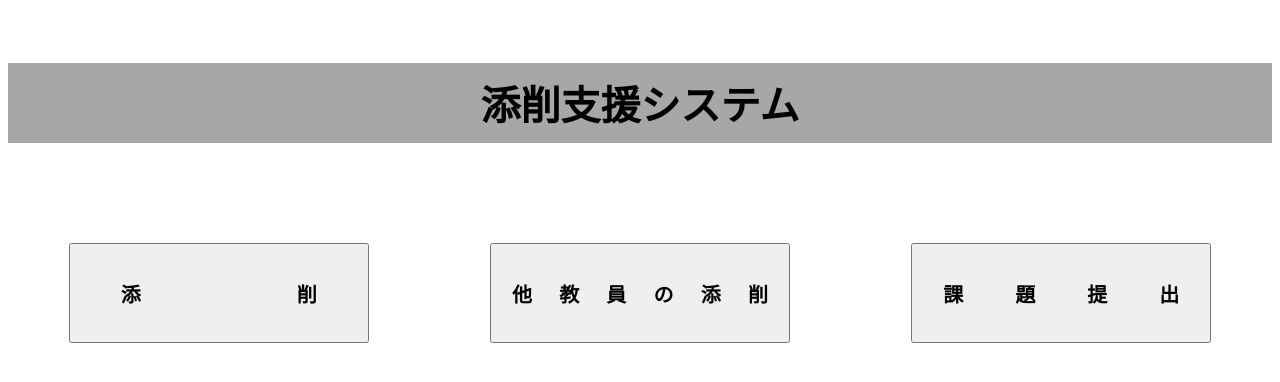
Repository: k-murakami18/canvas_v2
Page: Main.html
An editor plug-in stored every save of this project. The page is shown before and after the next save, followed by the edit.
The browser window is 1280 px wide. The pictures show the whole page.

Above is the page before, as saved 2021-01-04 20:16:25.

### Main.html
<!DOCTYPE html>
<html lang="en">

<head>
  <meta charset="UTF-8">
  <title>添削支援システム</title>
  <link rel="stylesheet" href="css/jquery-ui-1.8.16.custom.css" />
  <link rel="stylesheet" href="./style.css">
  <link rel="stylesheet" href="https://cdn.jsdelivr.net/npm/simplebar@latest/dist/simplebar.css">
  <script src="//cdnjs.cloudflare.com/ajax/libs/jspdf/1.3.3/jspdf.min.js"></script>
  <script src="js/jquery.1.6.4.min.js"></script>
  <script src="js/jquery-ui-1.8.16.custom.min.js"></script>
  <script type="text/javascript" src="./dist/fabric.js"></script>
  <script type="text/javascript" src="./dist/fabric.min.js"></script>
</head>

<body>
  <!--タイトルとファイル選択-->
  <div class="title">
    <div class="title_container">
      <div style="float: left;">
        <h1 id="title" style="display:inline;">添削支援システム</h1>
      </div>
    </div>
  </div>
  <div style="clear:left;"></div>

  <div class="btn_name">
    <button class="button" id="anno_btn" type="submit" name="name" onclick="location.href='index.html'">添削</button>
    <button class="button" id="oth_teacher_btn" type="submit" name="name"
      onclick="location.href='index.html'">他教員の添削</button>
    <button class="button" id="submit_btn" type="submit" name="name" onclick="location.href='index.html'">課題提出</button>
  </div>

</body>

</html>

### style.css
/*タイトルコンテナ*/
.title_container{
  width: 100%;
  height: 80px;
  font-size: 20px;
  display: flex;
  background-color: #A7A7A7;
  justify-content: center; /*左右中央*/
  align-items: center; /*上下中央*/
  margin-top: 5%;
  margin-bottom: 100px;
}

/*ボタンコンテナ*/
.button_container{
  width: 50px;
  height: 602px;
  background-color: #DADADA;
  margin-bottom: 5px;
  margin-right: 5px;
}

/*各ボタンの設定*/
.btn-box,.btn_box{
  display: inline-block;
  widows: 25px;
  height: 25px;
  border: 1px black solid;
  padding: 2px;
  border-radius: 5px;
}
.btn_box_black{
  display: inline-block;
  widows: 25px;
  height: 25px;
  border: 1px white solid;
  padding: 2px;
  border-radius: 5px;
}
.select{
  margin-top: 10px;
  margin-left: 9px;
}
.aaa{
  margin-top: 0px;
  margin-left: 9px;
}
.margin{
  margin-top: 10px;
  margin-left: 9px;
}

/*ボタン枠線削除*/
input:focus {
	outline:0;
}

/*キャンバス*/
canvas {
	position: relative;
	border:1px solid #000;
}

/*保存履歴コンテナ*/
.history_container{
  height: 600px;
  width: 330px;
  background-color: whitesmoke;
  border: 1px solid black;
  margin-left: 10px;
}

/*保存履歴タイトル*/
#title_tmpList{
  margin-top: 2px;
  margin-left: 10px;
  margin-bottom: 2px;
  font-weight: bolder;
  text-align: center;
}
.subtitle_tmpList{
  margin-top: 3px;
  margin-bottom: 3px;
  font-weight: bolder;
  font-size: 13px;
  text-align: center;
}

/*「保存履歴」の下線*/
.hr{
  border-bottom: 1px solid black;
  width: 93%;
  margin-left: auto;
  margin-right: auto;
}
/*「ブックマーク」「添削保存」の下線*/
.hr2{
  border-bottom: 1px solid black;
  width: 83%;
  margin-left: auto;
  margin-right: auto;
}

#bookmark_viewpanel{
  height: 539px;
  width: 100px;
  background-color: whitesmoke;
  margin-top: 5px;
}

#normal_viewpanel{
  height: 539px;
  width: 190px;
  background-color: whitesmoke;
  margin-top: 5px;
}

#bookmark_tmp{
  border-right: 1px solid black;
}

.tmpImage{
  border: 1px solid black;
  margin-left: 10px;
}

#setColor li{
  display: inline-block;
  width: 25px;
  height: 25px;
  border:1px solid #000;
}

.button{
  width: 300px;
  height: 100px;
  font-size: 20px;
  font-weight: bold;
  margin: auto;
  text-align-last: justify;
}
#anno_btn{
  padding-left: 50px;
  padding-right: 50px;
}
#oth_teacher_btn{
  padding-left: 20px;
  padding-right: 20px;
}
#submit_btn{
  padding-left: 30px;
  padding-right: 30px;
}
body .btn_name{
  display: flex;
  justify-content: center;
}

Loaded but not shown: css/jquery-ui-1.8.16.custom.css (library); js/jquery.1.6.4.min.js (library); js/jquery-ui-1.8.16.custom.min.js (library); dist/fabric.js (library); dist/fabric.min.js (library)

After the next save:
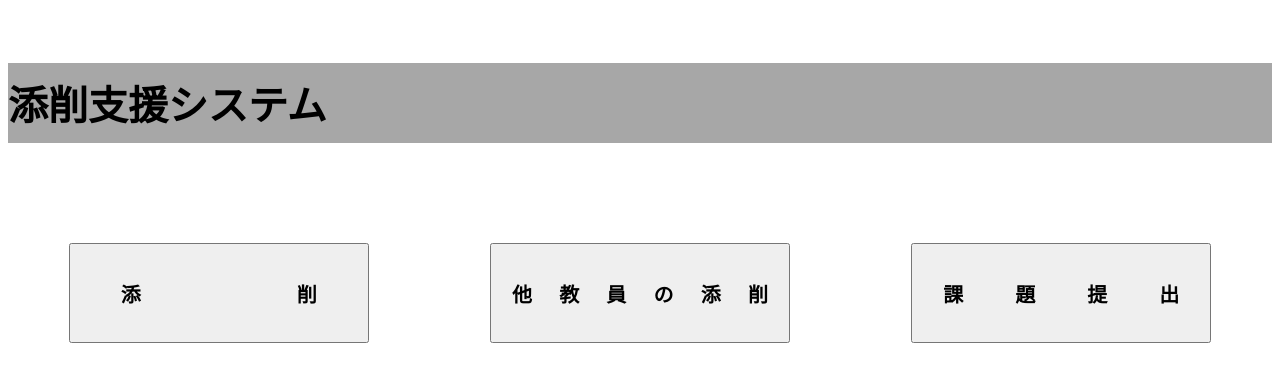
Saved 11 s later.
--- a/style.css
+++ b/style.css
@@ -5,7 +5,7 @@
   font-size: 20px;
   display: flex;
   background-color: #A7A7A7;
-  justify-content: center; /*左右中央*/
+
   align-items: center; /*上下中央*/
   margin-top: 5%;
   margin-bottom: 100px;
